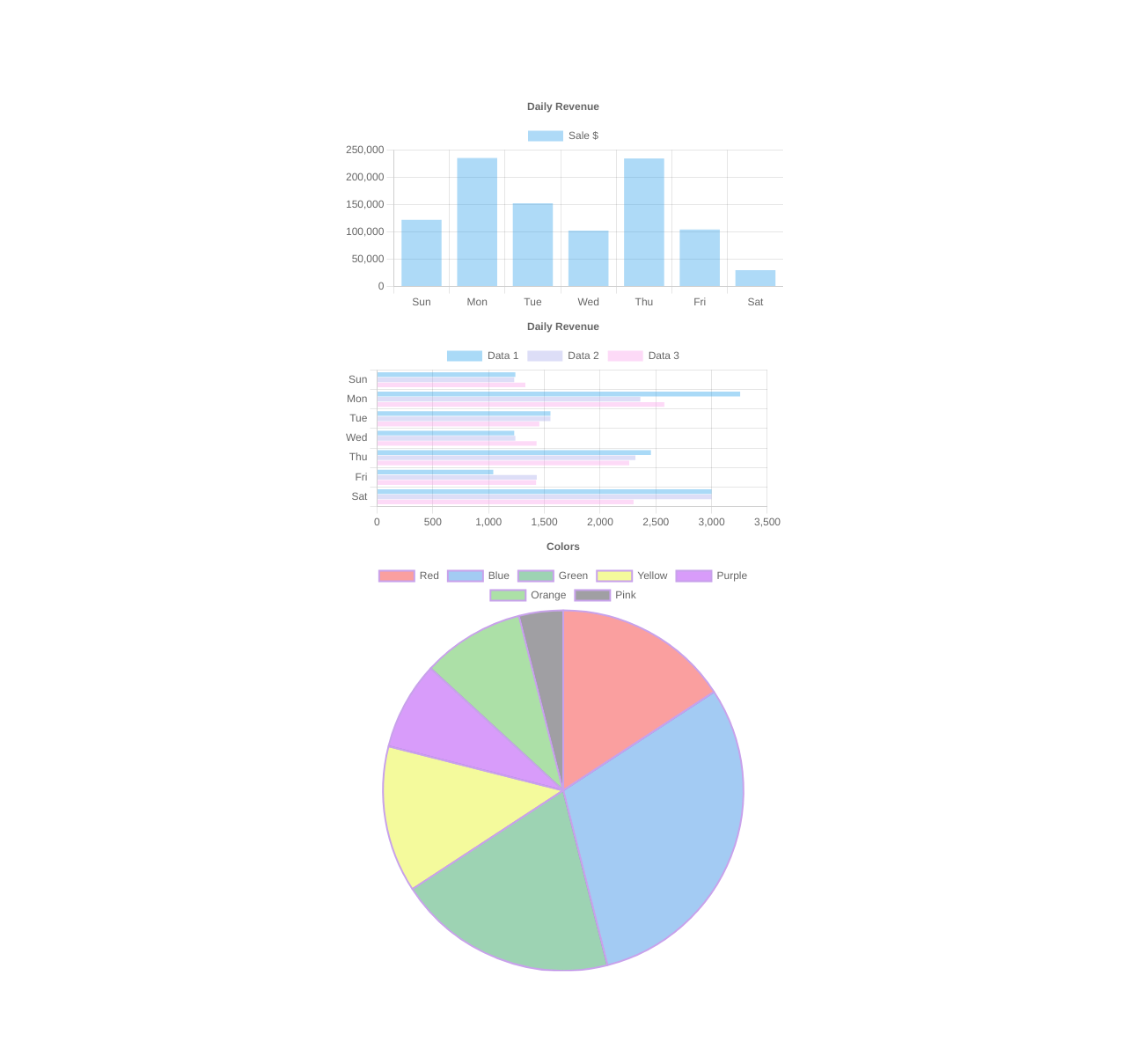
Repository: k8ANStar/exercise-5
Page: /
An editor plug-in stored every save of this project. The page is shown before and after a run of saves, followed by the edit.
The browser window is 1280 px wide. The pictures show the whole page, at 88% of full size.
The project was rebuilt for these pictures with package versions that can differ from the ones it lists, and the page was loaded fresh each time. The framework's server and built-in components were replaced by stand-ins that run in the browser. Also part of the build but not shown: next.config.mjs.

Above is the page before, as saved 2024-04-15 10:45:21.

After the next 2 saves:
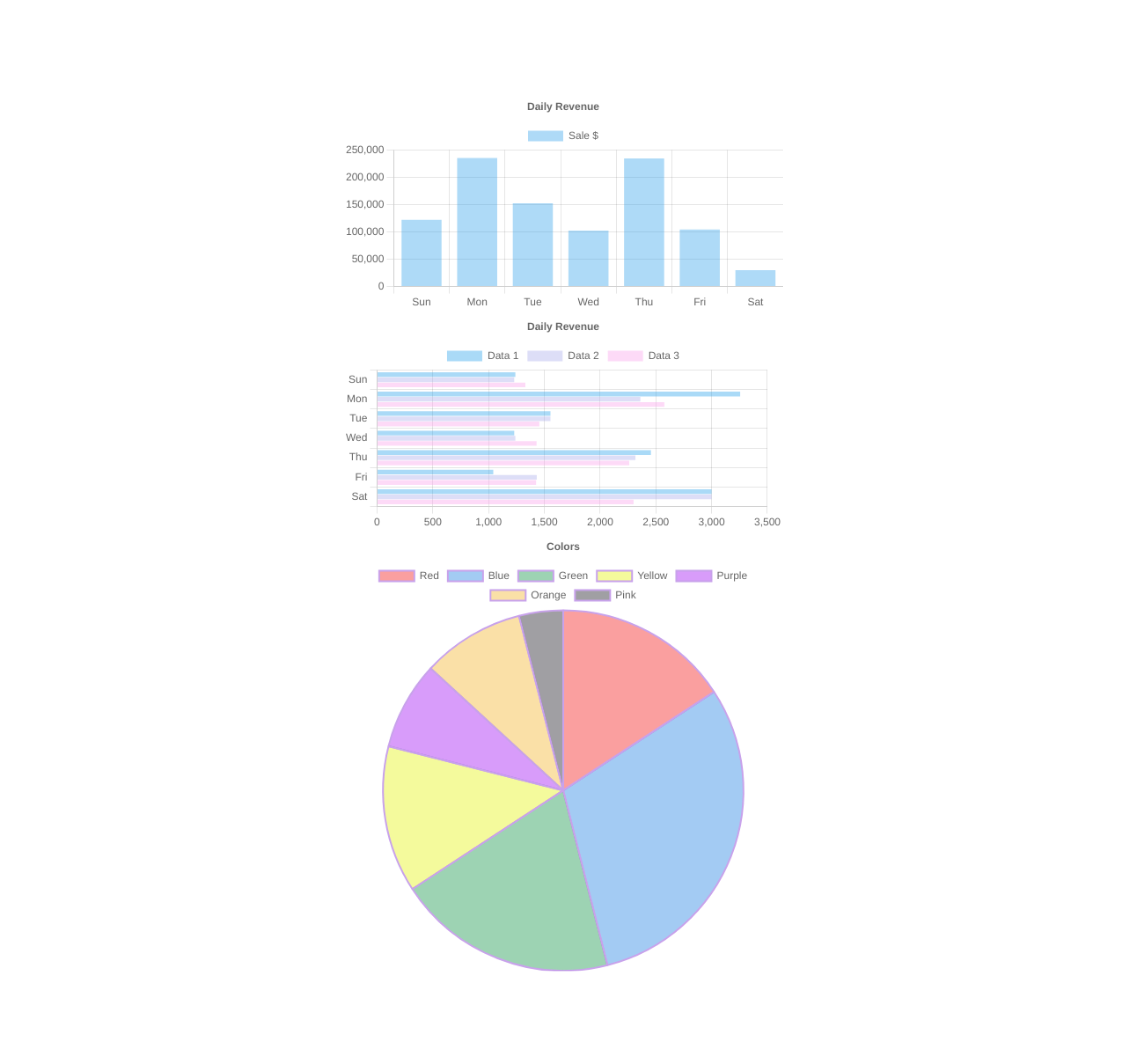
The 2 saves are shown as one change because they came seconds apart.
The last was saved 15 s later.
--- a/components/PieChart/index.js
+++ b/components/PieChart/index.js
@@ -32,7 +32,7 @@ export default function PieChart() {
 						"rgb(11, 146, 65, 0.4)",
 						"rgb(228, 243, 9, 0.4)",
 						"rgb(157, 9, 243, 0.4)",
-						"rgb(49, 178, 35, 0.4)",
+						"rgb(243, 178, 35, 0.4)",
 						"rgb(19, 16, 25, 0.4)",
 					],
 				},
